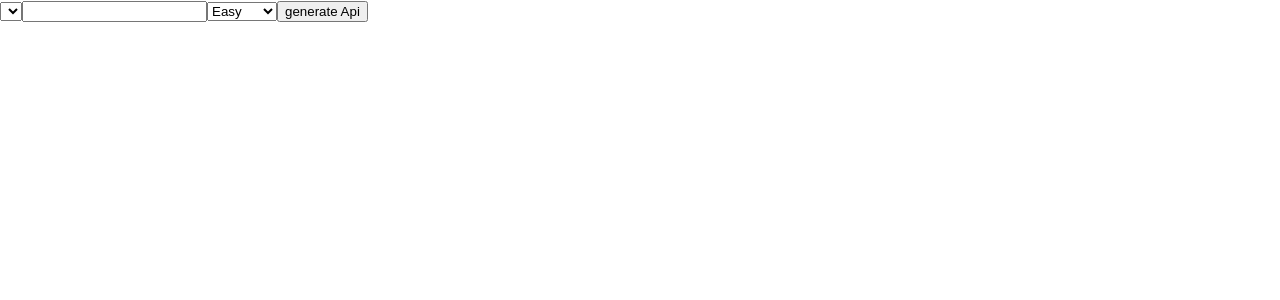
Repository: ranausama48/quiz-App
Page: /
An editor plug-in stored every save of this project. The page is shown before and after the next save, followed by the edit.
The browser window is 1280 px wide. The pictures show the whole page.
The page's requests for data from a server got no answer. The project was rebuilt for these pictures with package versions that can differ from the ones it lists, and the page was loaded fresh each time. No one was signed in, and anything a server would have sent is missing. Also part of the build but not shown: src/components/QuestionCard.tsx.

Above is the page before, as saved 2020-07-26 10:29:52.

### src/App.tsx
import React from "react";
import { getApiData, getCatories } from "./api/api";
import { SingleQuestion } from "./Types/quiz_types";
import QuestionCard from "./components/QuestionCard";
// import Main from "./components/Main";

function App() {
  const [quiz, setQuiz] = React.useState<SingleQuestion[]>([]);
  let [currentQues, setCurrentQues] = React.useState(0);
  let [score, setScore] = React.useState(0);
  let [catagories, setCatagories] = React.useState<object[]>();
  let [apiParams, setapiParams] = React.useState<{
    questionLength: string;
    level: string;
  }>({
    questionLength: "1",
    level: "easy",
  });
  const generateApi = () => {
    const { questionLength, level } = apiParams;
    async function fetchData() {
      const questions: SingleQuestion[] = await getApiData(
        questionLength,
        level
      );
      console.log(questions);
      setQuiz(questions);
    }
    fetchData();
  };
  React.useEffect(() => {
    // const { questionLength, level } = apiParams;
    // async function fetchData() {
    //   const questions: SingleQuestion[] = await getApiData(
    //     questionLength,
    //     level
    //   );
    //   console.log(questions);
    //   setQuiz(questions);
    // }
    // fetchData();
    async function fetchCatory() {
      const catories: SingleQuestion[] = await getCatories();

      setCatagories(catories);
    }
    fetchCatory();
  }, []);
  const changeHandler = (e: any) => {
    const value = e.target.value;
    const name = e.target.name;
    setapiParams((prev) => {
      return {
        ...prev,
        [name]: value,
      };
    });
  };
  const nextHanlder = (
    e: React.FormEvent<EventTarget>,
    userSelectAns: string
  ) => {
    e.preventDefault();
    let AnserStore = quiz[currentQues].answer;
    console.log(AnserStore);
    if (userSelectAns === AnserStore) {
      setScore(++score);
    }
    if (currentQues !== quiz.length - 1) {
      setCurrentQues(++currentQues);
    } else {
      setQuiz([]);
      // alert(`Finished, Your Score is ${score} out of ${quiz.length}`);

      setCurrentQues(0);
      setScore(0);
    }
  };

  // if (!quiz.length) return <div>Loading....</div>;
  return (
    <div className="app">
      {console.log(apiParams)}

      <select onChange={changeHandler} name="catagory">
        {catagories
          ? catagories.map((data: any, index: number) => (
              <option value={data.id}>{data.name}</option>
            ))
          : []}
      </select>
      <input
        type="number"
        name="questionLength"
        id=""
        onChange={changeHandler}
      />
      <select onChange={changeHandler} name="level">
        <option value="easy">Easy</option>
        <option value="medium">Medium</option>
        <option value="hard">Hard</option>
      </select>
      <button onClick={generateApi}> generate Api</button>
      {/* <Main /> */}
      {console.log(quiz)}
      {quiz[0] ? (
        <QuestionCard
          score={score}
          nextHanlder={nextHanlder}
          option={quiz[currentQues].option}
          question={quiz[currentQues].question}
        />
      ) : null}
    </div>
  );
}

export default App;

### src/api/api.ts
import { OverallQuiz, SingleQuestion } from "../Types/quiz_types";
export const shuffleArray = (array: any[]) => {
  [...array].sort(() => Math.random() - 0.5);
};

export const getApiData = async (
  totalQuestion: string,
  levvel: string
): Promise<SingleQuestion[]> => {
  const res = await fetch(
    `https://opentdb.com/api.php?amount=${totalQuestion}&difficulty=${levvel}&type=multiple`
  );
  console.log(res);
  let { results } = await res.json();
  const quiz: SingleQuestion[] = results.map((questionObj: OverallQuiz) => {
    return {
      question: questionObj.question,
      answer: questionObj.correct_answer,
      option: questionObj.incorrect_answers.concat(questionObj.correct_answer),
    };
  });
  return quiz;
};

export const getCatories = async () => {
  const res = await fetch(`https://opentdb.com/api_category.php`);
  const { trivia_categories } = await res.json();
  return trivia_categories;
};

### src/components/Main.tsx
import React from "react";

const Main: React.FC = () => {
  return <div>USama</div>;
};

export default Main;

Loaded but not shown: public/index.html (common file); src/index.tsx (common file); src/index.css (common file); src/serviceWorker.ts (common file)

After the next save:
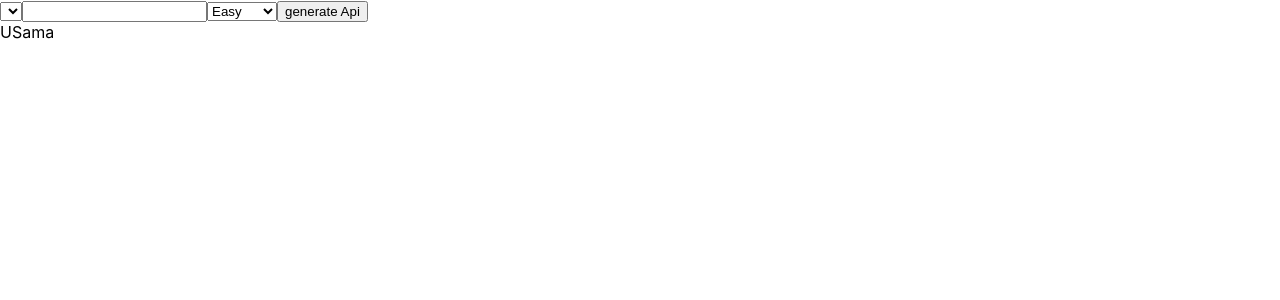
Saved 19 s later.
--- a/src/App.tsx
+++ b/src/App.tsx
@@ -2,7 +2,7 @@
 import { getApiData, getCatories } from "./api/api";
 import { SingleQuestion } from "./Types/quiz_types";
 import QuestionCard from "./components/QuestionCard";
-// import Main from "./components/Main";
+import Main from "./components/Main";
 
 function App() {
   const [quiz, setQuiz] = React.useState<SingleQuestion[]>([]);
@@ -101,7 +101,7 @@
         <option value="hard">Hard</option>
       </select>
       <button onClick={generateApi}> generate Api</button>
-      {/* <Main /> */}
+      <Main />
       {console.log(quiz)}
       {quiz[0] ? (
         <QuestionCard

After the 2 saves that followed:
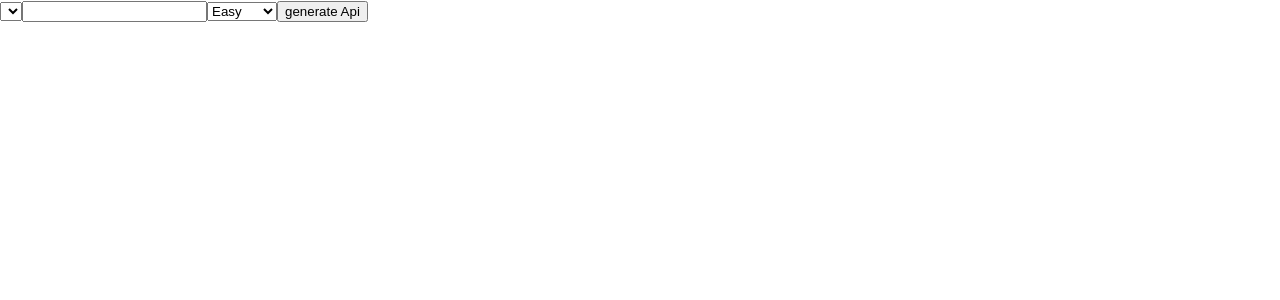
The 2 saves are shown as one change because 1 left the picture as it was.
The last was saved 3 min 31 s later.
--- a/src/App.tsx
+++ b/src/App.tsx
@@ -101,7 +101,7 @@
         <option value="hard">Hard</option>
       </select>
       <button onClick={generateApi}> generate Api</button>
-      <Main />
+      {/* <Main /> */}
       {console.log(quiz)}
       {quiz[0] ? (
         <QuestionCard
--- a/src/components/Main.tsx
+++ b/src/components/Main.tsx
@@ -1,6 +1,6 @@
 import React from "react";
 
-const Main: React.FC = () => {
+const Main = () => {
   return <div>USama</div>;
 };
 
